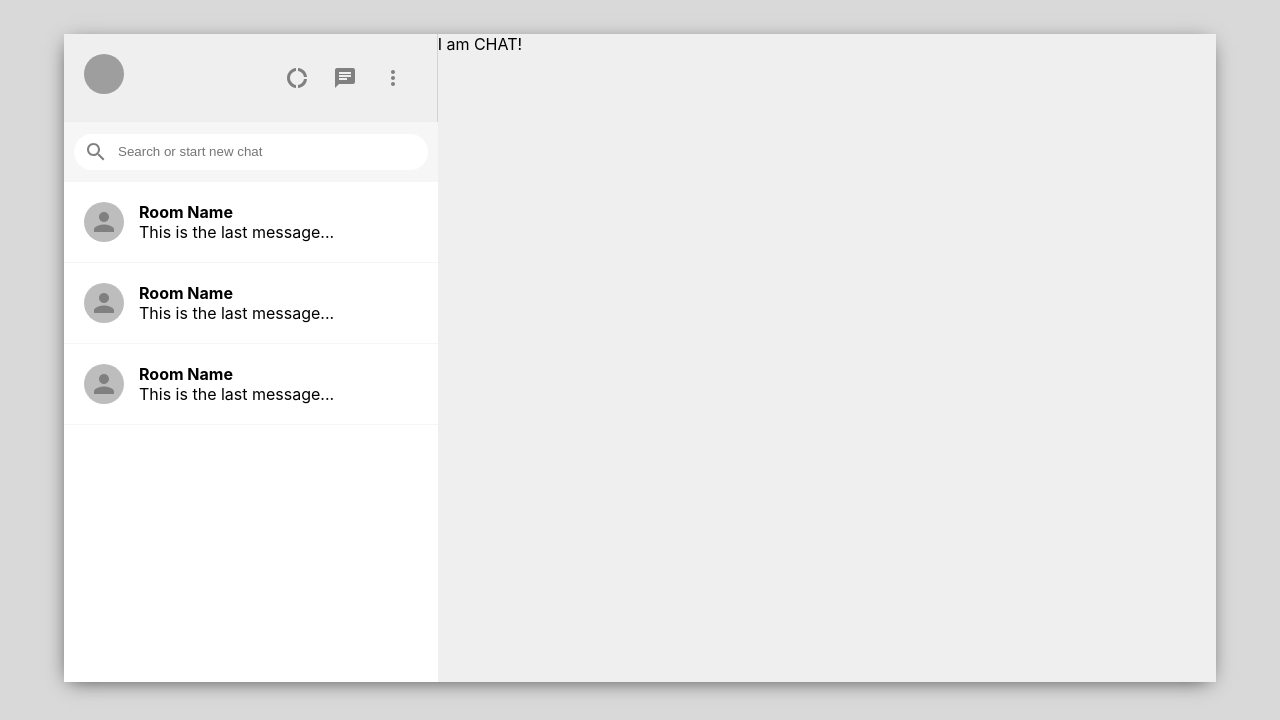
Repository: BogoGit/clone-whatsapp
Page: / (app in whatsapp-front/)
The author's editor kept a copy of each file at every save. The page is drawn from the files as they stood at one save, then again after the next save.
The browser window is 1280 px wide. The pictures show the whole page.
Pictures or frames that could not be fetched are drawn as grey boxes. The project was rebuilt for these pictures with package versions that can differ from the ones it lists, and the page was loaded fresh each time.

Above is the page before, as saved 2020-11-18 20:56:58.

After the next save:
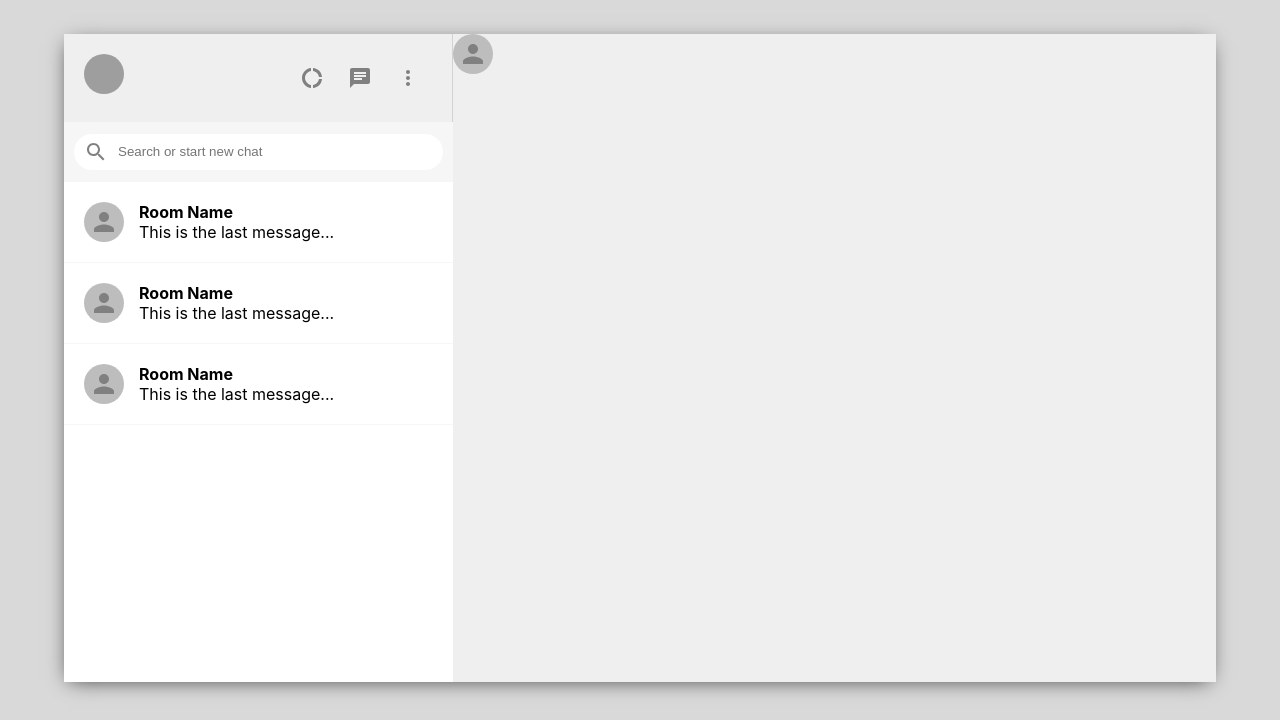
Saved 3 min 15 s later.
--- a/whatsapp-front/src/Components/Chat.js
+++ b/whatsapp-front/src/Components/Chat.js
@@ -1,7 +1,14 @@
 import React from 'react'
+import { Avatar } from '@material-ui/core'
 
 const Chat = () => {
-	return <div class='chat'>I am CHAT!</div>
+	return (
+		<div class='chat'>
+			<div className='chat__header'>
+				<Avatar />
+			</div>
+		</div>
+	)
 }
 
 export default Chat
